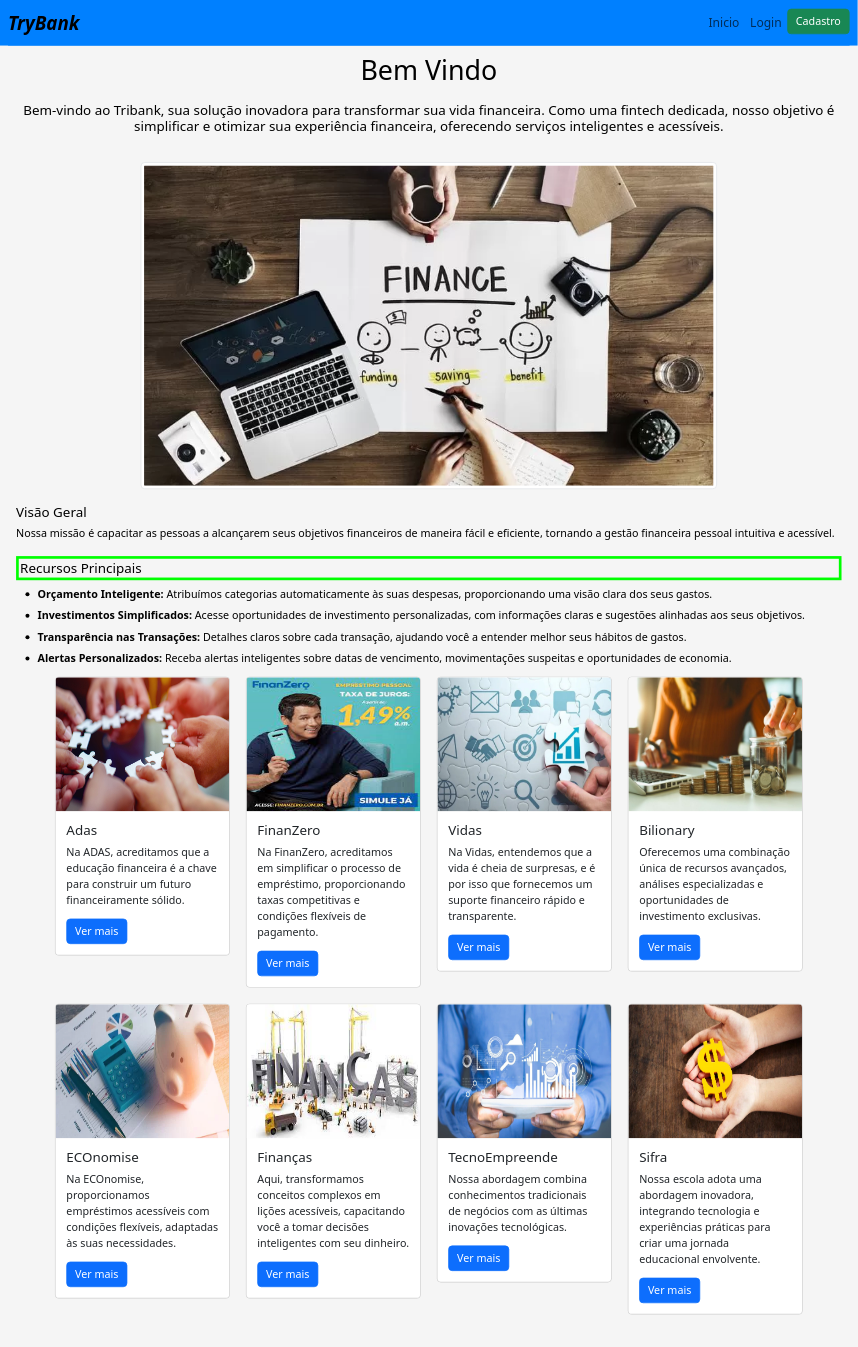
Repository: Rara05/FintechJava-Fiap
Page: http://localhost/Fintech/home.jsp
An editor plug-in stored every save of this project. The page is shown before and after the next save, followed by the edit.
The browser window is 1280 px wide. The pictures show the whole page, at 67% of full size.
The page is served by Tomcat 10. Other server files are loaded and not shown.

Above is the page before, as saved 2023-11-10 23:01:17.

### Fintech/WebContent/home.jsp
<%@ page language="java" contentType="text/html; charset=ISO-8859-1" pageEncoding="ISO-8859-1"%>
<!DOCTYPE html PUBLIC "-//W3C//DTD HTML 4.01 Transitional//EN" "http://www.w3.org/TR/html4/loose.dtd">
<html>
<head>
    <meta http-equiv="Content-Type" content="text/html; charset=ISO-8859-1">

    <!-- link css -->
    <link rel="stylesheet" type="text/css" href="modelo.css">

    <title>TryBank</title>
    <%@ include file="header.jsp" %>

</head>
<body class="princ">

<%@ include file="menu.jsp" %>

<div class="container-fluid">

    <h1 class="text-center" style="margin-top: 12px;" >Bem Vindo</h1>




    <h5 class="text-center" style="margin-top: 24px; margin-bottom: 20px;">

      Bem-vindo ao Tribank, sua solução inovadora para transformar sua vida financeira.
      Como uma fintech dedicada, nosso objetivo é simplificar e otimizar sua experiência financeira, oferecendo serviços inteligentes e acessíveis.

    </h5>

    <p class="text-center">
        <img src="./img/Taunb.png" class="img-fluid img-thumbnail" style="margin-top: 22px;">
    </p>




<div class="container-fluid" >

      	<h5 style="margin-top: 22px; ">Visão Geral</h5>

      <p>

      Nossa missão é capacitar as pessoas a alcançarem seus objetivos financeiros de maneira fácil e eficiente,
      tornando a gestão financeira pessoal intuitiva e acessível.

      </p>



		<h5 class="recurso" style="margin-top: 22px; border: 4px solid #00ff00; padding: 2px;">Recursos Principais</h5>

    <ul>
        <li style="margin-top: 8px;"><strong>Orçamento Inteligente:</strong> Atribuímos categorias automaticamente às suas despesas, proporcionando uma visão clara dos seus gastos.</li>
        <li style="margin-top: 8px;"><strong>Investimentos Simplificados:</strong> Acesse oportunidades de investimento personalizadas, com informações claras e sugestões alinhadas aos seus objetivos.</li>
        <li style="margin-top: 8px;"><strong>Transparência nas Transações:</strong> Detalhes claros sobre cada transação, ajudando você a entender melhor seus hábitos de gastos.</li>
        <li style="margin-top: 8px;"><strong>Alertas Personalizados:</strong> Receba alertas inteligentes sobre datas de vencimento, movimentações suspeitas e oportunidades de economia.</li>
    </ul>

</div>



<!-- cards propagandas  -->

<div class="container" style="margin-top: 12px; margin-bottom: 24px;">
    <div class="row justify-content-center">
        <div class="col-sm-12 col-md-6 col-lg-4 col-xl-3"style= "margin-bottom: 24px">
            <div class="card">
                <img src="./img/adas.png" class="card-img-top" alt="..." style="width: 100%; height: 200px;">
                <div class="card-body">
                    <h5 class="card-title">Adas</h5>
                    <p class="card-text">Na ADAS, acreditamos que a educação financeira é a chave para construir um futuro financeiramente sólido.</p>
                    <a href="#" class="btn btn-primary">Ver mais</a>
                </div>
            </div>
        </div>

        <div class="col-sm-12 col-md-6 col-lg-4 col-xl-3"style= "margin-bottom: 24px">
            <div class="card">
                <img src="./img/selso.png" class="card-img-top" alt="..." style="width: 100%; height: 200px;">
                <div class="card-body">
                    <h5 class="card-title">FinanZero</h5>
                    <p class="card-text">Na FinanZero, acreditamos em simplificar o processo de empréstimo, proporcionando taxas competitivas e condições flexíveis de pagamento.</p>
                    <a href="#" class="btn btn-primary">Ver mais</a>
                </div>
            </div>
        </div>

        <div class="col-sm-12 col-md-6 col-lg-4 col-xl-3"style= "margin-bottom: 24px">
            <div class="card">
                <img src="./img/vidas.png" class="card-img-top" alt="..." style="width: 100%; height: 200px;">
                <div class="card-body">
                    <h5 class="card-title">Vidas</h5>
                    <p class="card-text">Na Vidas, entendemos que a vida é cheia de surpresas, e é por isso que fornecemos um suporte financeiro rápido e transparente.</p>
                    <a href="#" class="btn btn-primary">Ver mais</a>
                </div>
            </div>
        </div>

        <div class="col-sm-12 col-md-6 col-lg-4 col-xl-3"style= "margin-bottom: 24px">
            <div class="card">
                <img src="./img/Bilionary.png" class="card-img-top" alt="..." style="width: 100%; height: 200px;">
                <div class="card-body">
                    <h5 class="card-title">Bilionary</h5>
                    <p class="card-text">Oferecemos uma combinação única de recursos avançados, análises especializadas e oportunidades de investimento exclusivas. </p>
                    <a href="#" class="btn btn-primary">Ver mais</a>
                </div>
            </div>
        </div>
        <div class="col-sm-12 col-md-6 col-lg-4 col-xl-3"style= "margin-bottom: 24px">
            <div class="card">
                <img src="./img/ECOnomise.png" class="card-img-top" alt="..." style="width: 100%; height: 200px;">
                <div class="card-body">
                    <h5 class="card-title">ECOnomise</h5>
                    <p class="card-text">Na ECOnomise, proporcionamos empréstimos acessíveis com condições flexíveis, adaptadas às suas necessidades.</p>
                    <a href="#" class="btn btn-primary">Ver mais</a>
                </div>
            </div>
        </div>
        <div class="col-sm-12 col-md-6 col-lg-4 col-xl-3"style= "margin-bottom: 24px">
            <div class="card">
                <img src="./img/Financas.png" class="card-img-top" alt="..." style="width: 100%; height: 200px;">
                <div class="card-body">
                    <h5 class="card-title">Finanças</h5>
                    <p class="card-text">Aqui, transformamos conceitos complexos em lições acessíveis, capacitando você a tomar decisões inteligentes com seu dinheiro.</p>
                    <a href="#" class="btn btn-primary">Ver mais</a>
                </div>
            </div>
        </div>
        <div class="col-sm-12 col-md-6 col-lg-4 col-xl-3"style= "margin-bottom: 24px">
            <div class="card">
                <img src="./img/tecnologia.jpg" class="card-img-top" alt="..." style="width: 100%; height: 200px;">
                <div class="card-body">
                    <h5 class="card-title">TecnoEmpreende</h5>
                    <p class="card-text">Nossa abordagem combina conhecimentos tradicionais de negócios com as últimas inovações tecnológicas.</p>
                    <a href="#" class="btn btn-primary">Ver mais</a>
                </div>
            </div>
        </div>
        <div class="col-sm-12 col-md-6 col-lg-4 col-xl-3"style= "margin-bottom: 24px">
            <div class="card">
                <img src="./img/Sifra.png" class="card-img-top" alt="..." style="width: 100%; height: 200px;">
                <div class="card-body">
                    <h5 class="card-title">Sifra</h5>
                    <p class="card-text">Nossa escola adota uma abordagem inovadora, integrando tecnologia e experiências práticas para criar uma jornada educacional envolvente.</p>
                    <a href="#" class="btn btn-primary">Ver mais</a>
                </div>
            </div>
        </div>
    </div>
</div>

<%@ include file="footer.jsp" %>
</body>
</html>

### Fintech/WebContent/header.jsp
<link rel="stylesheet" type="text/css" href="resources/css/bootstrap.min.css">

### Fintech/WebContent/menu.jsp
<div id="marge" class="container-fluid">
<nav id="navegacao" class="navbar navbar-expand-lg ">

<!--inicio logo -->
      <a id="logo" class="navbar-brand" href="#">TryBank</a>
<!-- Fim da logo   -->

<!-- inicio Nav -->
    <button class="navbar-toggler" type="button" data-bs-toggle="collapse" data-bs-target="#navbarTogglerDemo01" aria-controls="navbarTogglerDemo01" aria-expanded="false" aria-label="Toggle navigation">
      <span class="navbar-toggler-icon"></span>
    </button>
    <div class="collapse navbar-collapse" id="navbarTogglerDemo01">
      <ul class="navbar-nav me-auto mb-2 mb-lg-0">

      </ul>
      <div  class="d-flex">
        <ul class="navbar-nav me-auto mb-2 mb-lg-0">
        <li class="nav-item">
          <a class="nav-link" href="#">Inicio</a>
        </li>
        <li class="nav-item">
          <a class="nav-link" href="#">Login</a>
        </li>
        <li class="nav-item">
          <a class="btn btn-success" href="#">Cadastro</a>
        </li>
        </ul>
      </div>
    </div>
</nav>
  </div>
<!-- fim da Nave -->

### Fintech/WebContent/footer.jsp
<script type="text/javascript" src="resources/js/jquery-3.7.1.min.js"></script>
<script type="text/javascript" src="resources/js/bootstrap.min.js"></script>

### Fintech/WebContent/modelo.css
@charset "ISO-8859-1";
/*Estilo do menu*/
#marge{
	background-color: rgb(0, 128, 255);

}


#navegacao {
	background-color: rgb(0, 128, 255);

}

#navbarTogglerDemo01{
	margin-left: 14px ;

}

.nav-item {
	font-size: 18px;
	font-weight: 500;
}

#logo {

    font-size: 28px;
    font-weight: 700;
    font-style: italic;
}



/*Estilo da Home*/
.princ {
	color:rgb(0, 0, 0);
	background-color: rgb(245, 245, 245);
}

.recurso{

	border: 2px dashed #00ff00;

}

Loaded but not shown: Fintech/WebContent/resources/css/bootstrap.min.css (library); Fintech/WebContent/resources/js/jquery-3.7.1.min.js (library); Fintech/WebContent/resources/js/bootstrap.min.js (library)

After the next save:
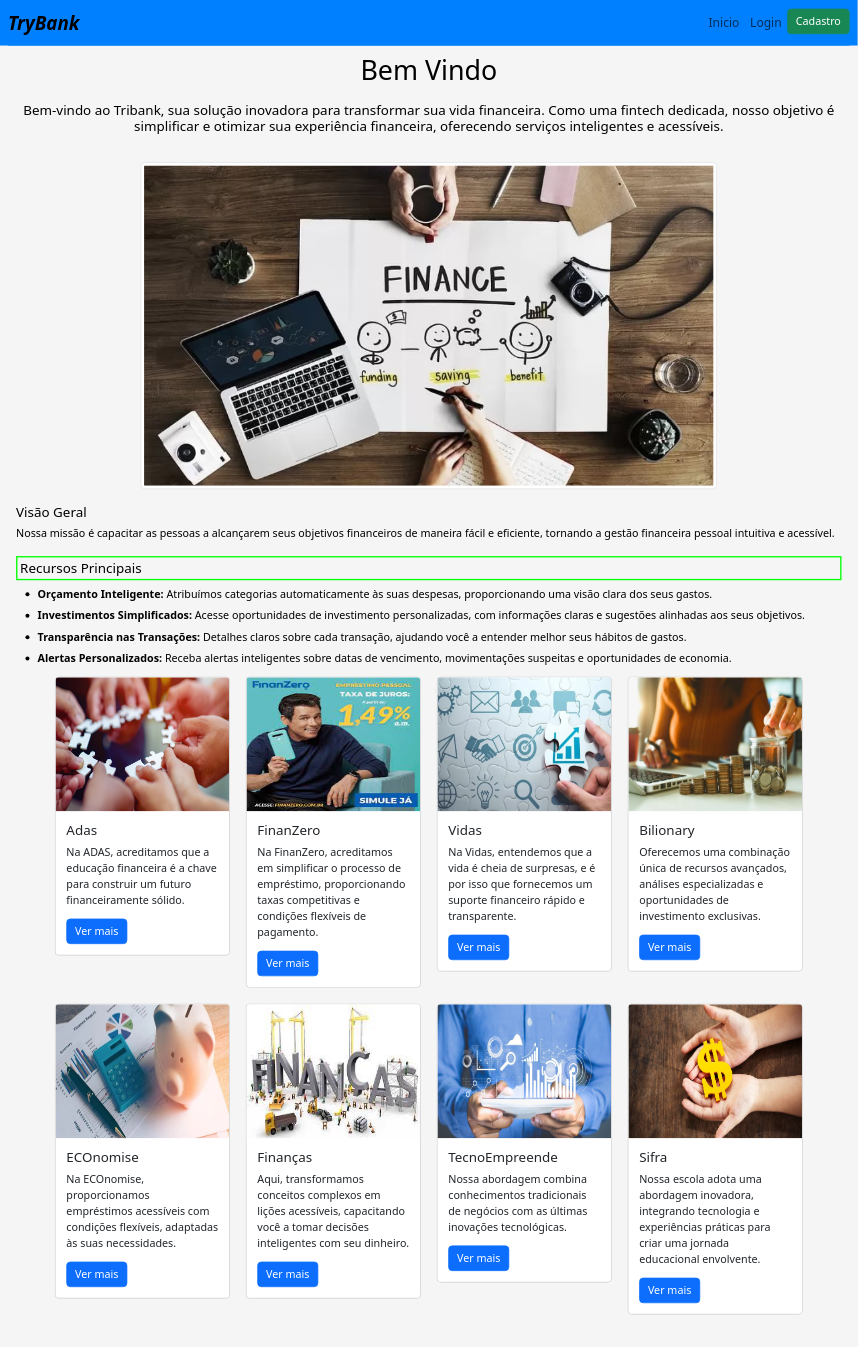
Saved 16 s later.
--- a/Fintech/WebContent/home.jsp
+++ b/Fintech/WebContent/home.jsp
@@ -49,7 +49,7 @@
 
 
 
-		<h5 class="recurso" style="margin-top: 22px; border: 4px solid #00ff00; padding: 2px;">Recursos Principais</h5>
+		<h5 class="recurso" style="margin-top: 22px; border: 2px solid #00ff00; padding: 4px;">Recursos Principais</h5>
 
     <ul>
         <li style="margin-top: 8px;"><strong>Orçamento Inteligente:</strong> Atribuímos categorias automaticamente às suas despesas, proporcionando uma visão clara dos seus gastos.</li>
